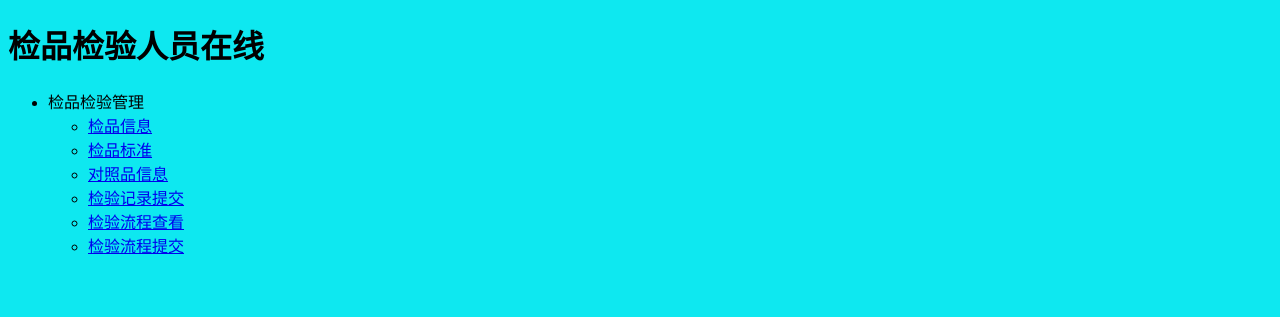
Repository: Shaoxubao/Java
Page: http://localhost/msm/jsp/yewu/yewu_menu.jsp
The author's editor kept a copy of each file at every save. The page is drawn from the files as they stood at one save, then again after the next save.
The browser window is 1280 px wide. The pictures show the whole page.
The page is served by Tomcat 9. Nobody is signed in. The application's start-up code is not run.

Above is the page before, as saved 2015-06-14 09:44:20.

After the next save:
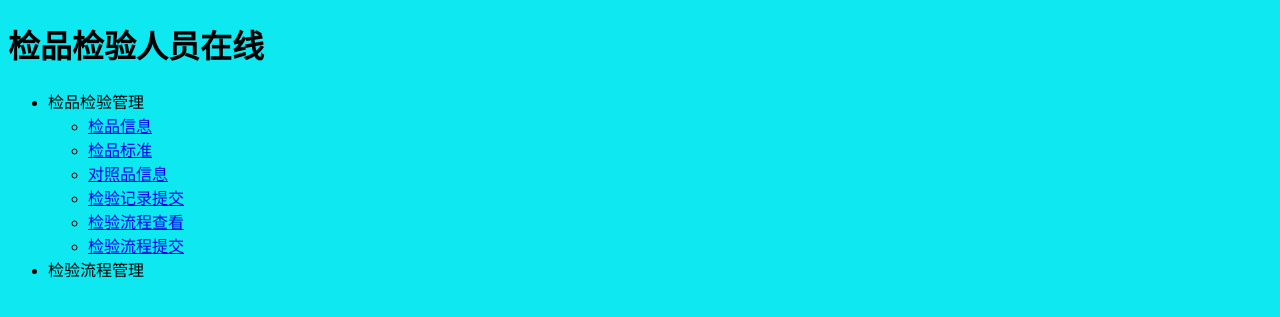
Saved 49 s later.
--- a/msm/WebContent/jsp/yewu/yewu_menu.jsp
+++ b/msm/WebContent/jsp/yewu/yewu_menu.jsp
@@ -20,7 +20,9 @@
 	          <li><a href="<%=request.getContextPath()%>/check/sampleflowcommit" target="main">检验流程提交</a></li>
 	        </ul>
         </li>
+		<li>检验流程管理
 
+		</li>
 
       </ul>
     </div>
